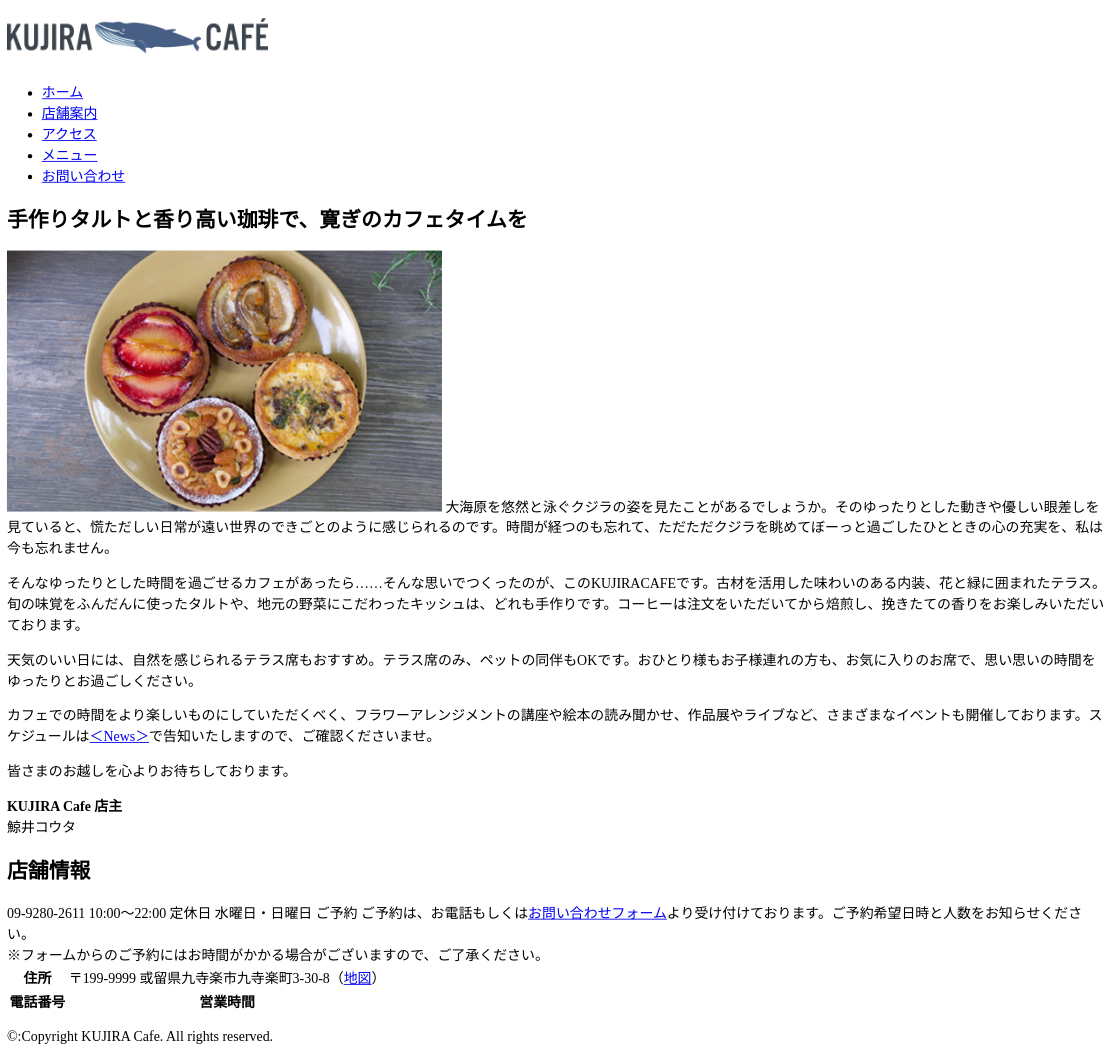
Repository: U-dias/work3
Page: cafe/about.html
The author's editor kept a record of every edit. The page is drawn from the files as they stood at one moment, then again after the next edit.
The browser window is 1280 px wide. The pictures show the whole page, at 87% of full size.

Above is the page before.

After the next edit:
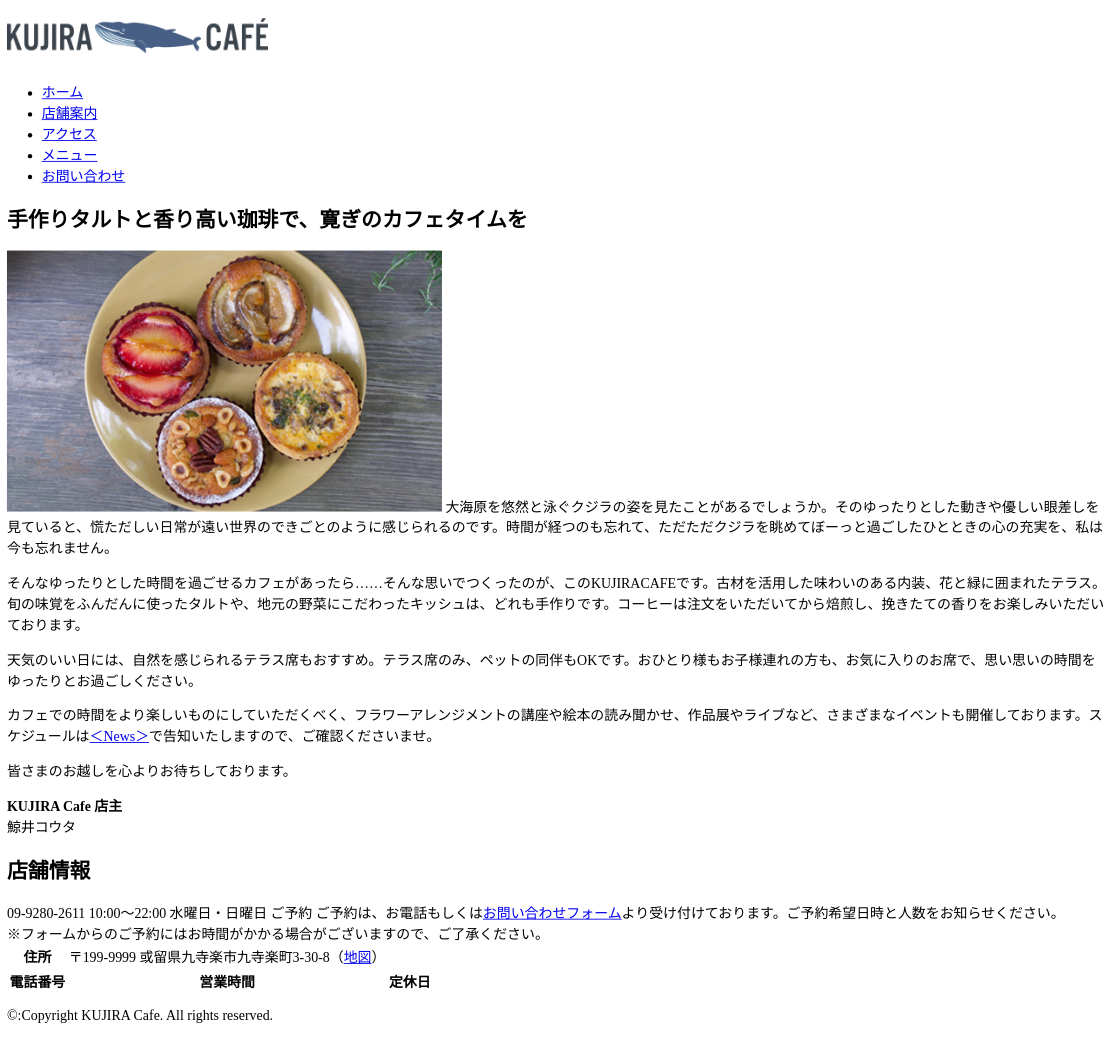
The edit:
--- a/cafe/about.html
+++ b/cafe/about.html
@@ -51,7 +51,7 @@
 <th>営業時間</th>
 10:00～22:00
 
-定休日
+<th>定休日</th>
 水曜日・日曜日
 
 ご予約
